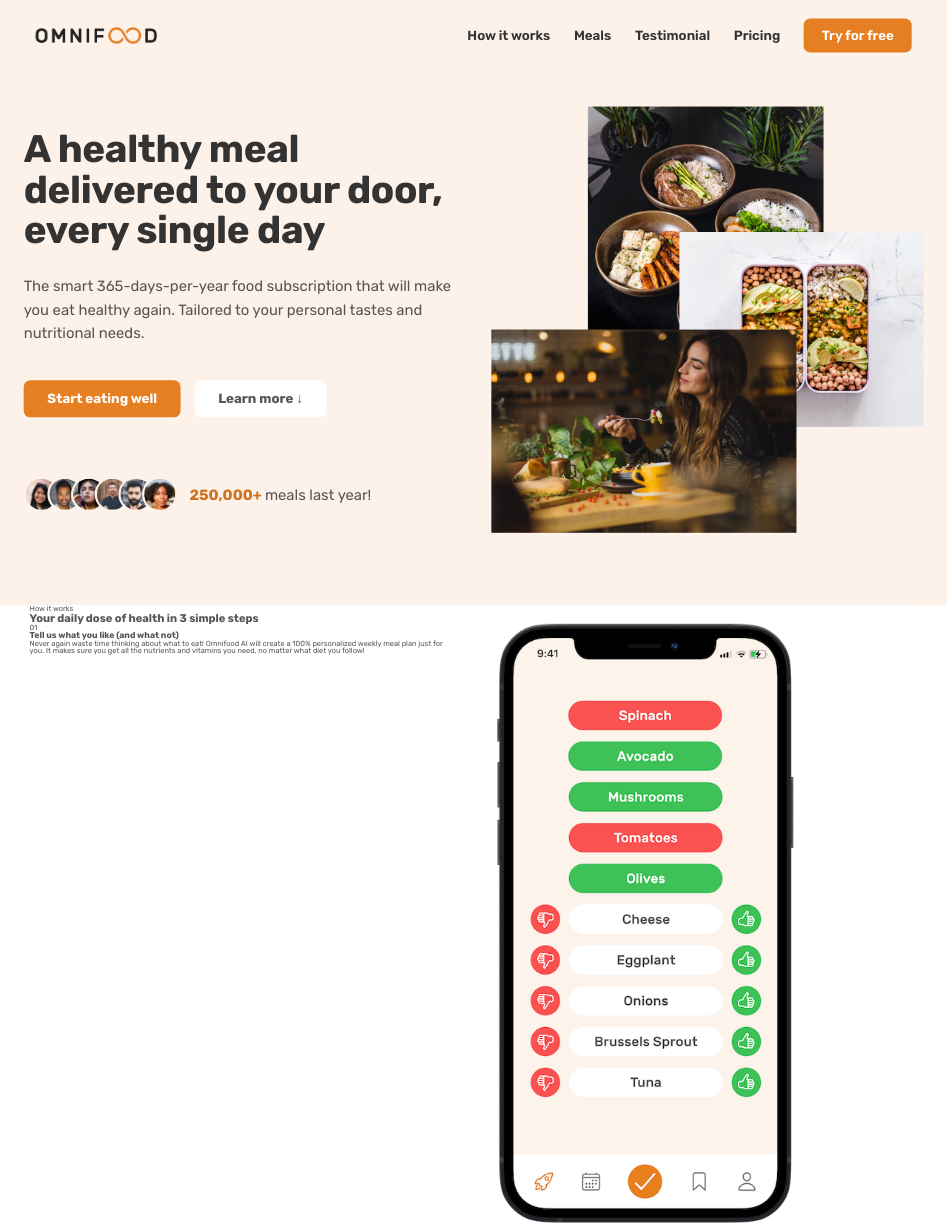
Repository: WefsCao/Omnifood
Page: index.html
The author's editor kept a copy of each file at every save. The page is drawn from the files as they stood at one save, then again after the next save.
The browser window is 1280 px wide. The pictures show the whole page, at 74% of full size.

Above is the page before, as saved 2022-06-04 19:58:53.

After the next save:
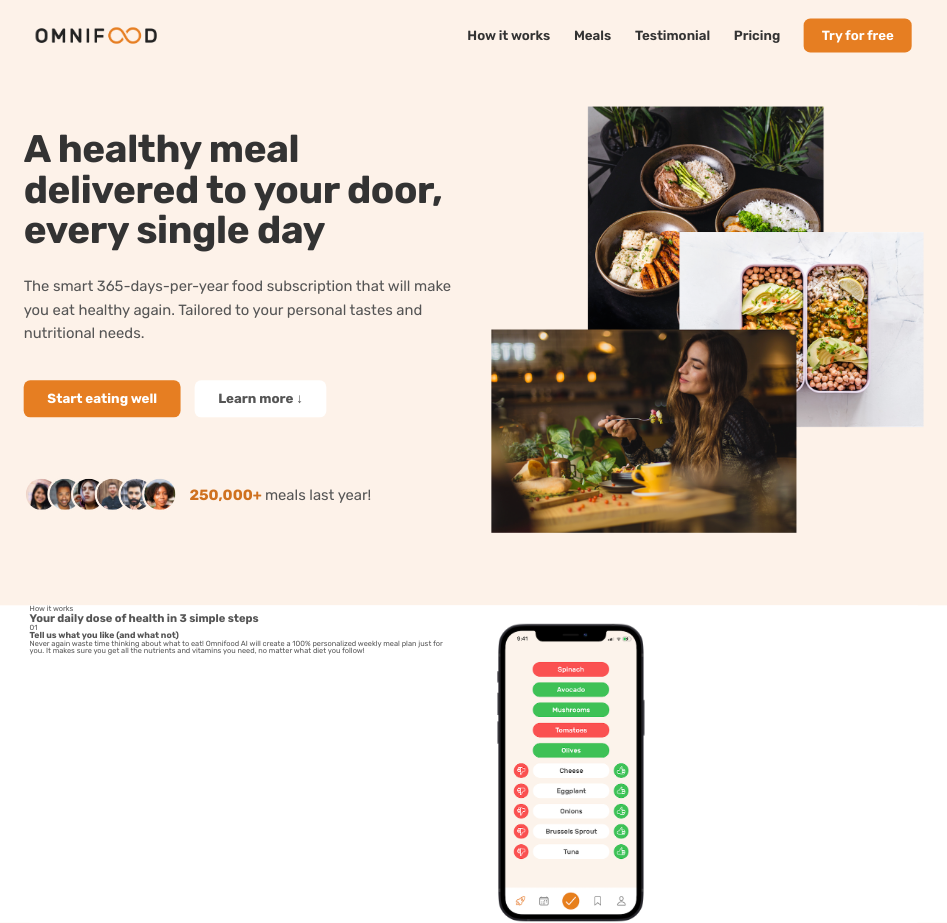
Saved 27 s later.
--- a/css/style.css
+++ b/css/style.css
@@ -123,3 +123,6 @@
 .hero-img {
   width: 100%;
 }
+.step-img {
+  width: 35%;
+}
